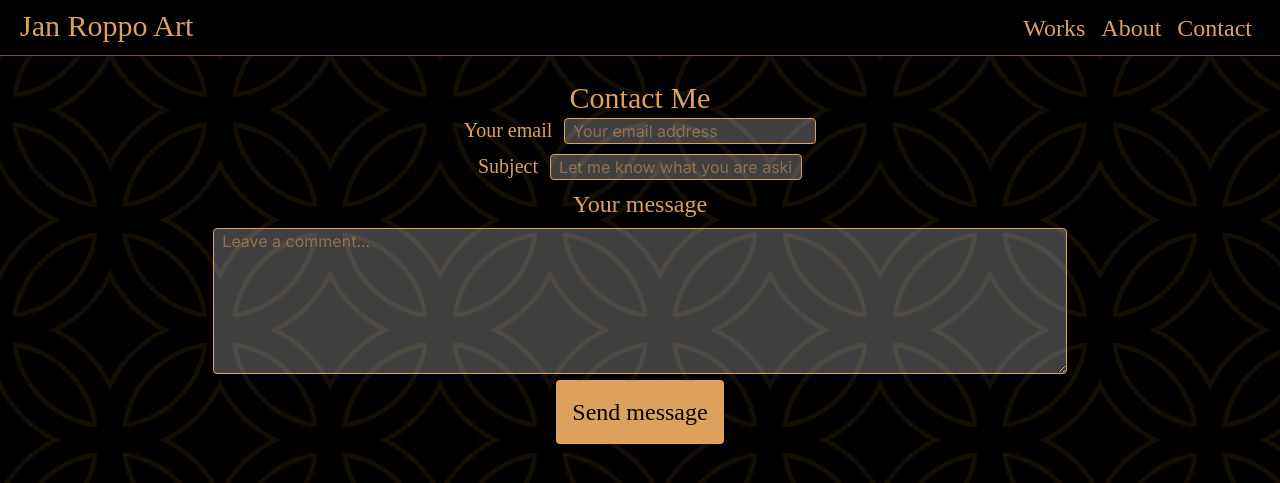
Repository: YanceMcFinn/JRArt
Page: /contact
These files come from the project's save history. The page is drawn as it stood at one moment and after the next save; the edit follows.
The browser window is 1280 px wide. The pictures show the whole page.
Some web fonts or font styles are not loaded; a fallback is used. The project was rebuilt for these pictures with package versions that can differ from the ones it lists, and the page was loaded fresh each time. The framework's server and built-in components were replaced by stand-ins that run in the browser. Also part of the build but not shown: next.config.js.

Above is the page before, as saved 2023-10-28 22:34:41.

After the next save:
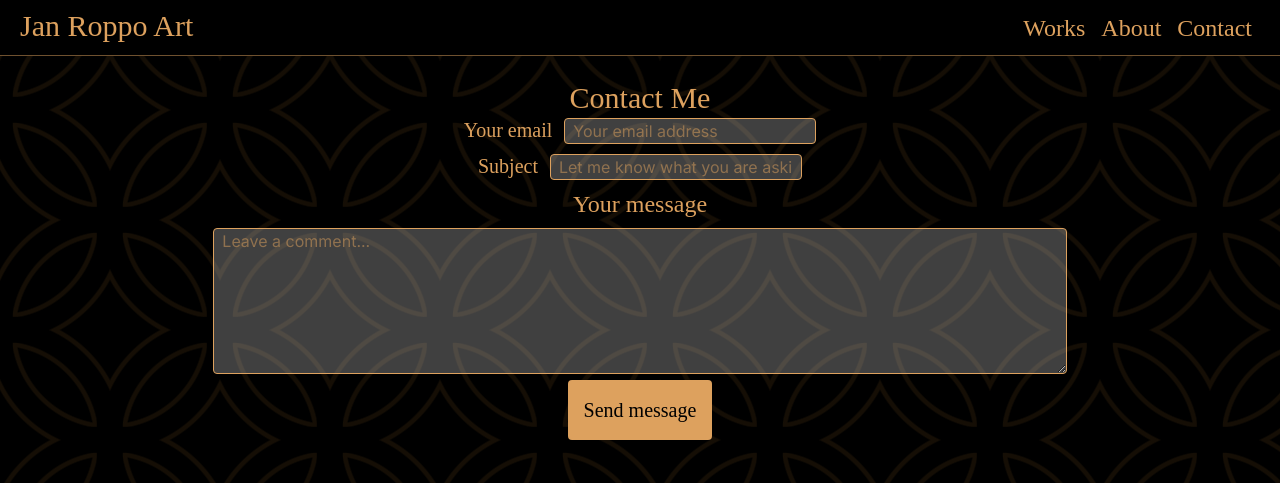
Saved 11 s later.
--- a/app/contact/page.jsx
+++ b/app/contact/page.jsx
@@ -19,7 +19,7 @@ export default function Contact() {
               <label for="message" className='title text-2xl' >Your message</label><br/>
               <textarea id="message" rows="6" placeholder="Leave a comment..." className='rounded w-full px-2 mt-2 bg-white/25 border border-main-color text-main-color placeholder-main-color/50 focus:border-main-color focus:border-2 focus:outline-none focus:ring-0'></textarea>
           </div>
-          <button type="submit" className='bg-main-color text-black title text-2xl rounded p-4'>Send message</button>
+          <button type="submit" className='bg-main-color text-black title text-xl rounded p-4'>Send message</button>
       </form>
         </div>
     )
